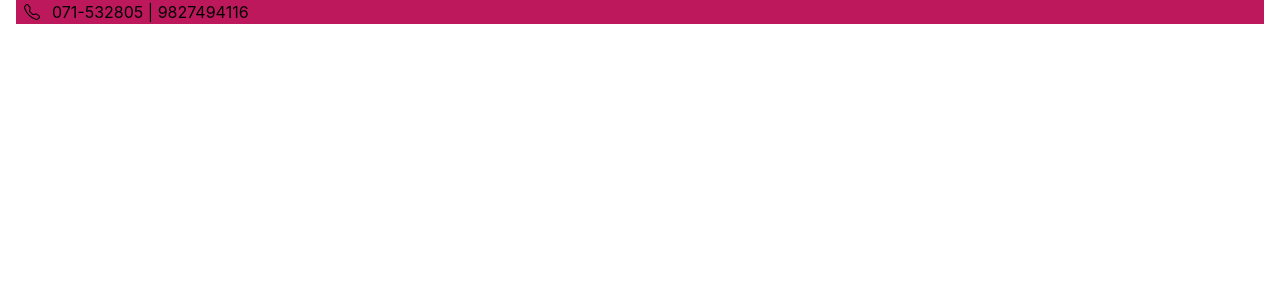
Repository: Sushant203/react-training-
Page: /
An editor plug-in stored every save of this project. The page is shown before and after the next save, followed by the edit.
The browser window is 1280 px wide. The pictures show the whole page.
The project was rebuilt for these pictures with package versions that can differ from the ones it lists, and the page was loaded fresh each time. Also part of the build but not shown: src/App.css.

Above is the page before, as saved 2022-12-15 00:39:10.

After the next save:
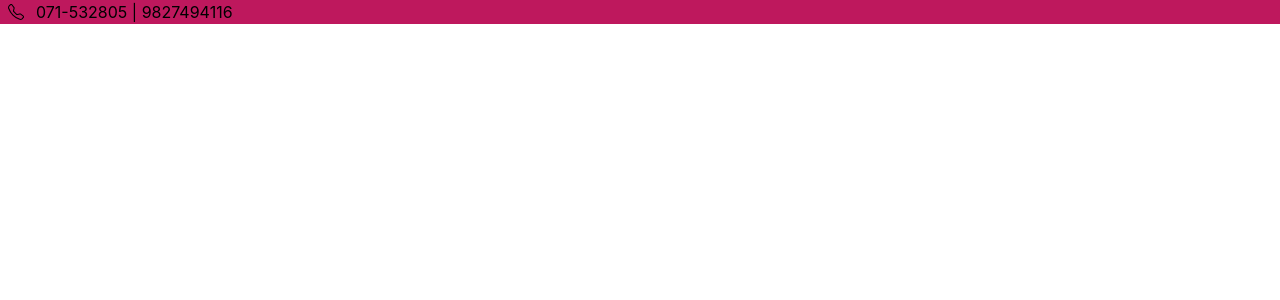
Saved 25 s later.
--- a/src/components/UpperNav.jsx
+++ b/src/components/UpperNav.jsx
@@ -4,7 +4,7 @@ import { BsTelephone } from "react-icons/bs";
 const UpperNav = () => {
   return (
     <div>
-      <div className="bg-pink-700 text-center px-2 mx-4">
+      <div className="bg-pink-700 text-center px-2 justify-around">
         <div className="flex gap-3 items-center">
           <BsTelephone />
           <p>071-532805 | 9827494116</p>
